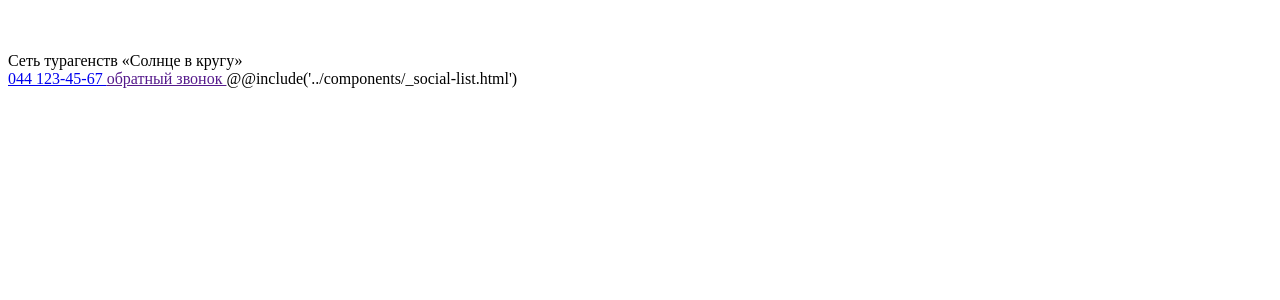
Repository: chekhunov/suntour
Page: app/html/components/_header.html
These files come from the project's save history. The page is drawn as it stood at one moment and after the next save; the edit follows.
The browser window is 1280 px wide. The pictures show the whole page.

Above is the page before, as saved 2021-03-04 23:17:50.

After the next save:
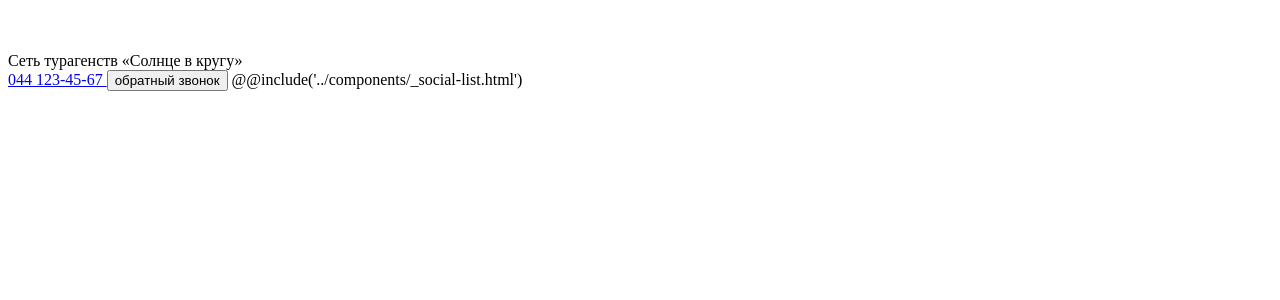
Saved 4 min 35 s later.
--- a/app/html/components/_header.html
+++ b/app/html/components/_header.html
@@ -26,9 +26,9 @@
           044 123-45-67
         </a>
 
-        <a class="header__link" href="">
+        <button class="header__btn">
           обратный звонок
-        </a>
+        </button>
 
         @@include('../components/_social-list.html')
 
